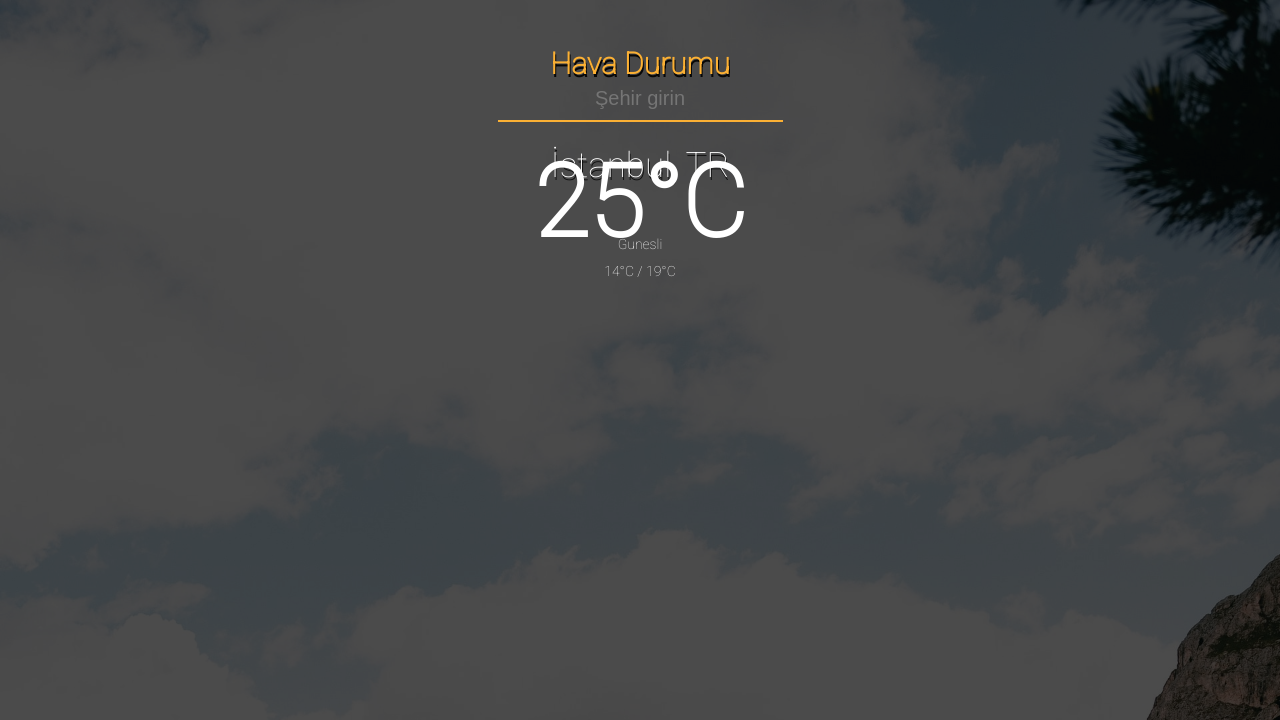
Repository: DogukanSAVA/havadurumu
Page: index.html
The author's editor kept a copy of each file at every save. The page is drawn from the files as they stood at one save, then again after the next save.
The browser window is 1280 px wide. The pictures show the whole page.

Above is the page before, as saved 2021-09-16 12:09:09.

### index.html
<!DOCTYPE html>
<html lang="en">

<head>
          <meta charset="UTF-8">
          <meta http-equiv="X-UA-Compatible" content="IE=edge">
          <meta name="viewport" content="width=device-width, initial-scale=1.0">
          <title>Document</title>
          <link rel="preconnect" href="https://fonts.googleapis.com">
          <link rel="preconnect" href="https://fonts.gstatic.com" crossorigin>
          <link href="https://fonts.googleapis.com/css2?family=Roboto:wght@100&display=swap" rel="stylesheet">
          <link rel="stylesheet" href="style.css">

</head>

<body>
          <div class="app">
                    <div class="header">
                              <h1>Hava Durumu</h1>
                              <div>
                                        <input type="text" id="searchBar" placeholder="Şehir girin">
                              </div>

                    </div>

                    <div class="content">
                              <div class="city">İstanbul, TR</div>
                              <div class="temp">25°C</div>
                              <div class="desc">Gunesli</div>
                              <div class="minmax">14°C / 19°C</div>
                    </div>
          </div>

          <script src="script.js"></script>
</body>

</html>

### style.css
* {
  margin: 0;
  padding: 0;
  border: 0;
  box-sizing: border-box;
}

html,
body {
  font-family: "Roboto", sans-serif;
  font-size: 14px;
  font-weight: 400;
  line-height: 27px;
  color: #fff;
  background-image: url(kristaps-ungurs-IsoWEQtvlBU-unsplash.jpg);
  background-repeat: no-repeat;
  background-size: cover;
  height: 100vh;
}

.app {
  display: flex;
  flex-direction: column;
  align-items: center;
  text-align: center;
  background: rgba(0, 0, 0, 0.7);
  height: 100vh;
}

.header {
  padding: 50px 20px 30px 20px;
}
.header h1 {
  font-size: 30px;
  color: #fbb034;
  text-shadow: 1px 3px rgba(0, 0, 0, 0.9);
}

.header input {
  width: 100%;
  padding: 10px;
  background: transparent;
  border: 0;
  outline: 0;
  border-bottom: 2px solid #fbb034;
  text-align: center;
  font-size: 20px;
  color: #f2f2f2;
}

.city {
  font-size: 35px;
  font-weight: 500;
  margin-bottom: 10px;
  text-shadow: 1px 3px rgba(0, 0, 0, 0.8);
}

.temp{
          font-size: 100px;
          font-weight: 700;
          margin-bottom: 15px;
}

Loaded but not shown: script.js (no stored copy; drawn as an empty file)

After the next save:
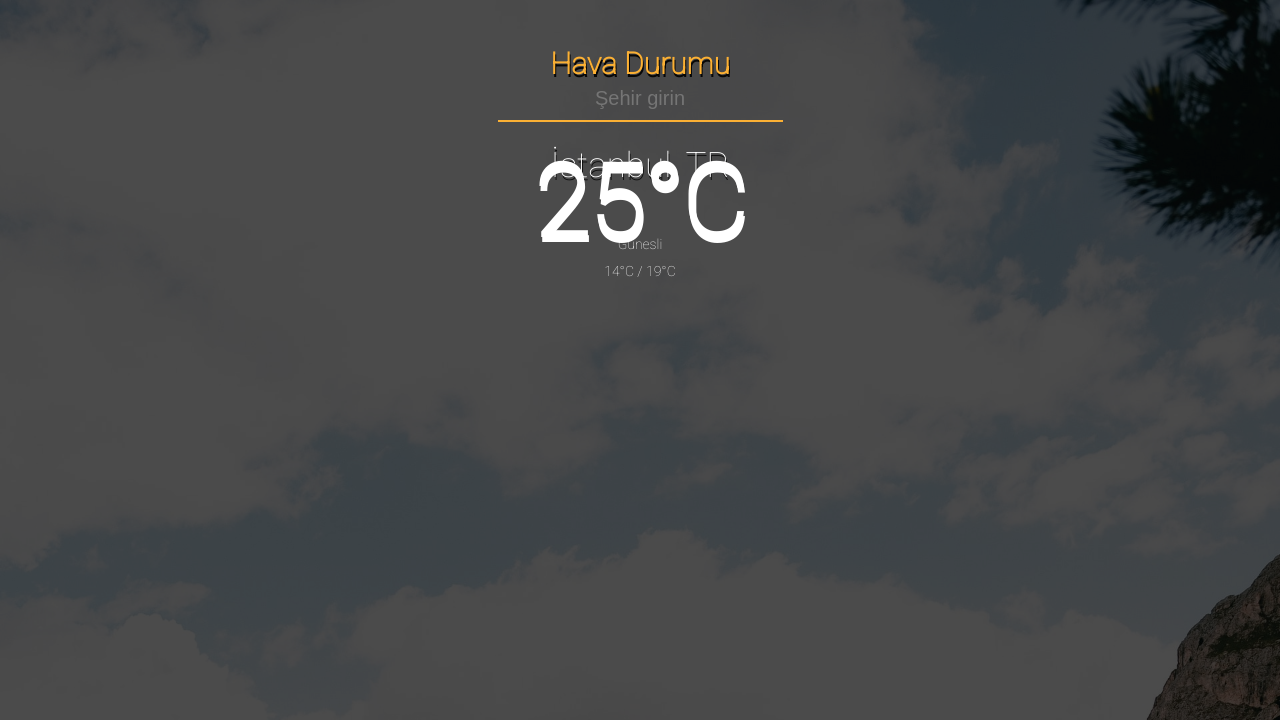
Saved 15 s later.
--- a/style.css
+++ b/style.css
@@ -59,4 +59,5 @@
           font-size: 100px;
           font-weight: 700;
           margin-bottom: 15px;
+          text-shadow: 1px 5px;
 }

After the save that followed:
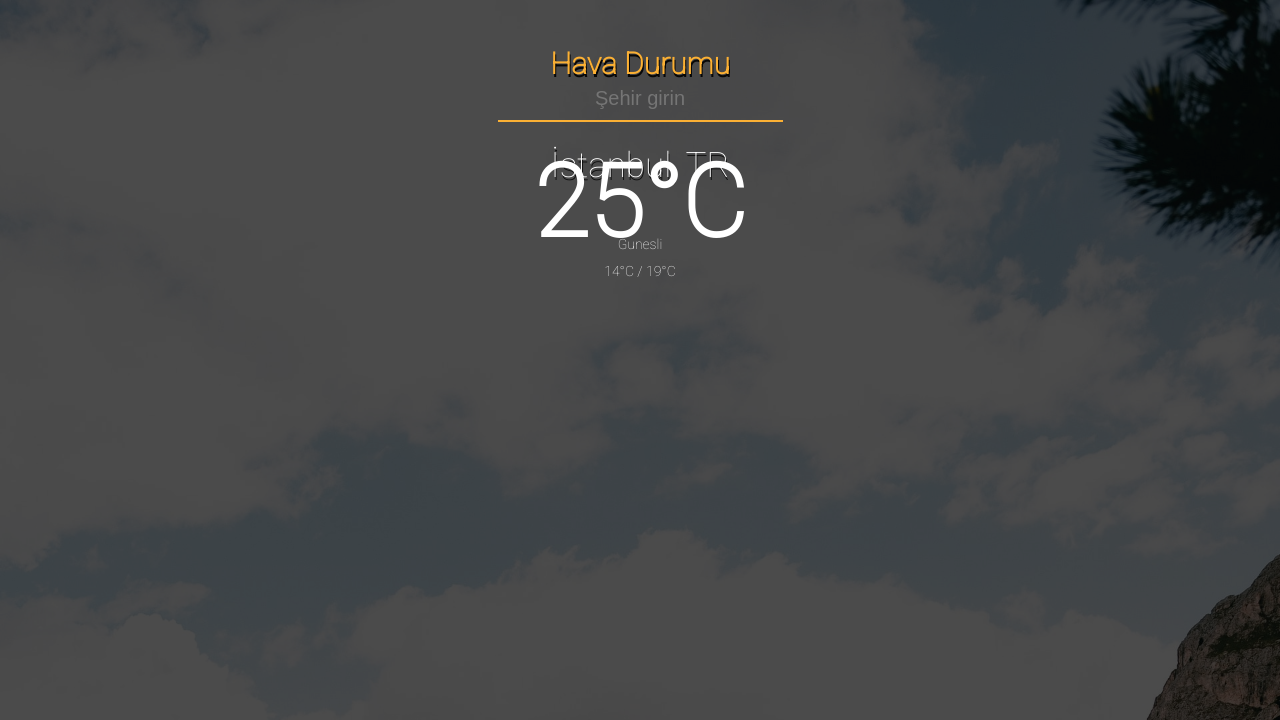
Saved 13 s later.
--- a/style.css
+++ b/style.css
@@ -59,5 +59,5 @@
           font-size: 100px;
           font-weight: 700;
           margin-bottom: 15px;
-          text-shadow: 1px 5px;
+          text-shadow: 1px 5px rgba(red, green, blue, alpha);
 }
